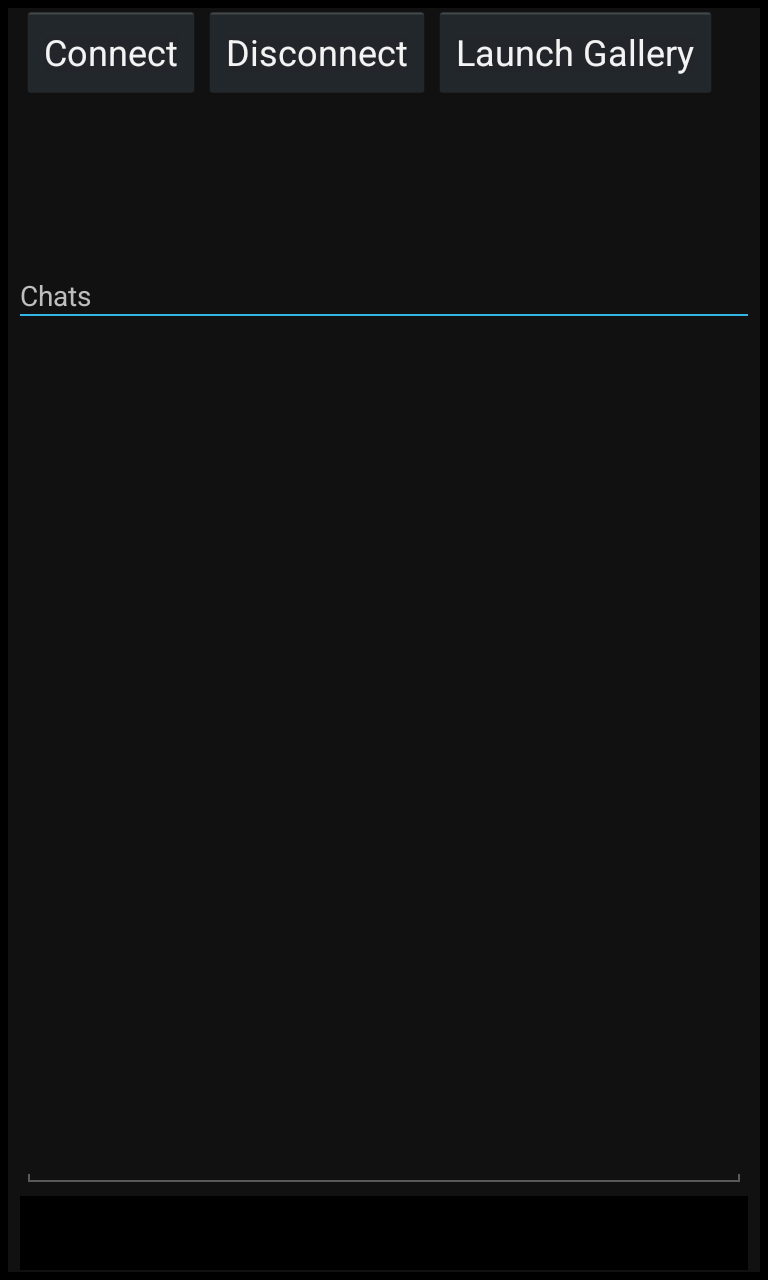
Repository: flyingbuffalo/AndroidTest
Layout: WiFiDirectDemo/res/layout/device_detail.xml
These files come from the project's save history. The layout is drawn as it stood at one moment and after a run of saves; the edit follows.
It is drawn on a 768 x 1280 px phone screen (xhdpi) without system bars, with theme android:Theme.Holo; the app's code is not run. Lists and similar views that code fills are empty.

Above is the layout before, as saved 2014-08-05 13:15:55.

### WiFiDirectDemo/res/layout/device_detail.xml
<?xml version="1.0" encoding="utf-8"?>
<RelativeLayout
    xmlns:android="http://schemas.android.com/apk/res/android"
    android:orientation="horizontal"
    android:layout_width="match_parent"
    android:layout_height="match_parent"
    android:background="@drawable/details_view"
    android:visibility="visible">

    <LinearLayout
        android:orientation="vertical"
        android:layout_width="match_parent"
        android:layout_height="wrap_content"
        android:layout_alignParentLeft="true"
        android:layout_alignParentRight="true"
        android:layout_alignParentTop="true"
        android:layout_above="@+id/chat_typing" >

        <LinearLayout
            android:orientation="horizontal"
            android:layout_width="match_parent"
            android:layout_height="wrap_content">
            <Button
                android:id="@+id/btn_connect"
                android:layout_width="wrap_content"
                android:layout_height="wrap_content"
                android:text="@string/connect_peer_button" />
            <Button
                android:id="@+id/btn_disconnect"
                android:layout_width="wrap_content"
                android:layout_height="wrap_content"
                android:text="@string/disconnect_peer_button" />
            <Button
                android:id="@+id/btn_start_client"
                android:layout_width="wrap_content"
                android:layout_height="wrap_content"
                android:text="@string/get_file_button"
                android:visibility="visible" />
        </LinearLayout>
        <TextView
            android:id="@+id/device_address"
            android:layout_width="match_parent"
            android:layout_height="wrap_content" />
        <TextView
            android:id="@+id/device_info"
            android:layout_width="match_parent"
            android:layout_height="wrap_content" />
        <TextView
            android:id="@+id/group_owner"
            android:layout_width="match_parent"
            android:layout_height="wrap_content" />
        <TextView
            android:id="@+id/group_ip"
            android:layout_width="match_parent"
            android:layout_height="wrap_content" />

        <TextView
            android:layout_marginTop="12dp"
	        android:layout_width="fill_parent"
	        android:layout_height="wrap_content"
	        android:gravity="center_vertical"
	        android:text="Chats" />

	    <View
	        android:layout_width="fill_parent"
	        android:layout_height="1dp"
	        android:gravity="center_vertical"
	        android:background="@android:color/holo_blue_light" />

	    <!-- Available peers -->
	    <ListView
	        android:layout_marginTop="5dp"
	        android:layout_marginBottom="5dp"
	        android:id="@+id/chat_list"
	        android:layout_width="match_parent"
	        android:layout_height="match_parent"
	        android:drawSelectorOnTop="false" />

    </LinearLayout>

    <LinearLayout
        android:layout_width="match_parent"
        android:layout_height="wrap_content"
        android:id="@+id/chat_typing"
        android:orientation="horizontal"
        android:layout_marginBottom="3dp"
        android:layout_alignParentLeft="true"
        android:layout_alignParentRight="true"
		android:layout_above="@+id/status_bar" >

        <EditText
            android:layout_width="0dp"
            android:layout_height="match_parent"
            android:layout_weight="9"
            android:id="@+id/chat_edttext" >
        </EditText>
    </LinearLayout>

    <LinearLayout
        android:layout_width="match_parent"
        android:id="@+id/status_bar"
        android:orientation="vertical"
        android:layout_gravity="bottom"
        android:layout_height="37dp"
        android:layout_marginBottom="3dp"
        android:background="@android:color/background_dark"
        android:layout_alignParentLeft="true"
        android:layout_alignParentRight="true"
        android:layout_alignParentBottom="true" >

        <TextView
            android:layout_width="wrap_content"
            android:layout_height="match_parent"
            android:layout_gravity="center"
            android:layout_margin="5dp"
            android:textColor="@android:color/white"
            android:id="@+id/status_text">
        </TextView>
    </LinearLayout>
</RelativeLayout>

Loaded but not shown: WiFiDirectDemo/res/drawable/details_view.xml (common file); WiFiDirectDemo/res/values/strings.xml (common file); WiFiDirectDemo/res/values/colors.xml (common file)

After the next 2 saves:
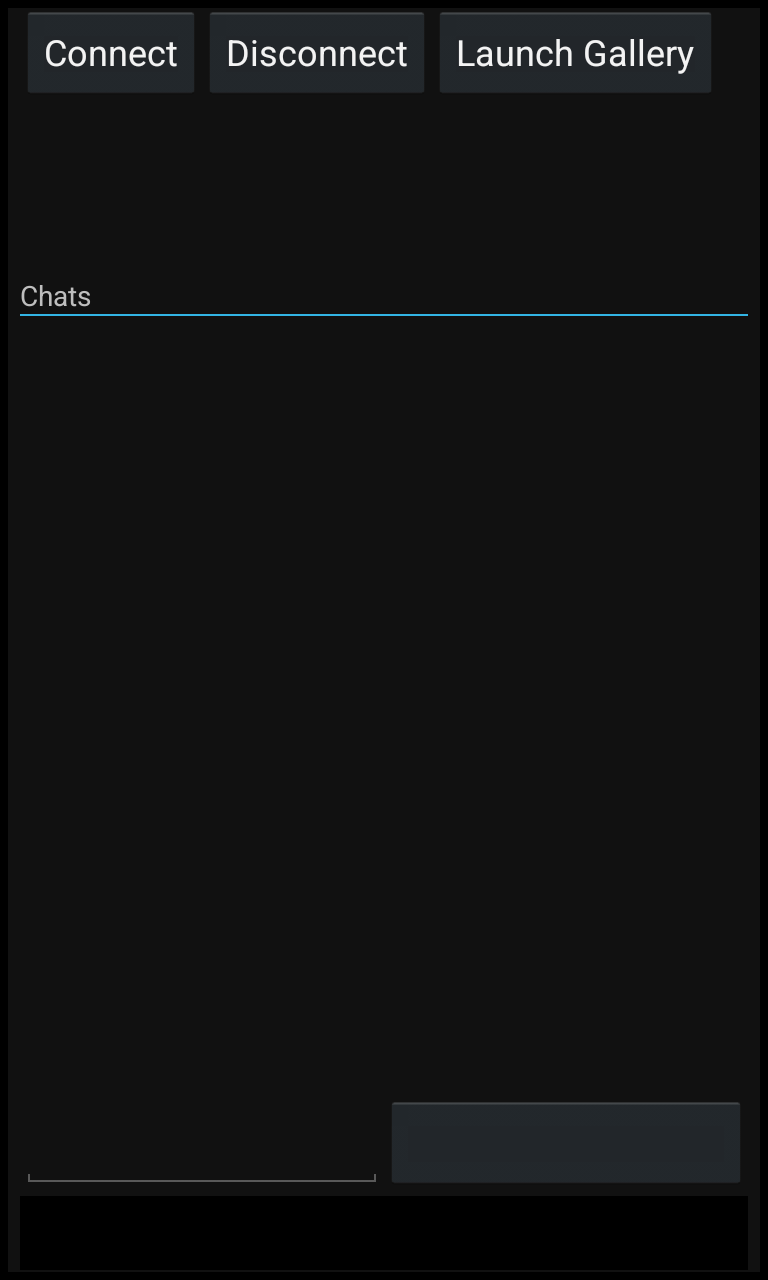
The 2 saves are shown as one change because they came seconds apart.
The last was saved 13 s later.
--- a/WiFiDirectDemo/res/layout/device_detail.xml
+++ b/WiFiDirectDemo/res/layout/device_detail.xml
@@ -94,6 +94,14 @@
             android:layout_weight="9"
             android:id="@+id/chat_edttext" >
         </EditText>
+
+        <Button
+            android:layout_width="0dp"
+            android:layout_height="match_parent"
+            android:layout_weight="9"
+            android:id="@+id/chat_edttext" >
+        </Button>
+
     </LinearLayout>
 
     <LinearLayout
